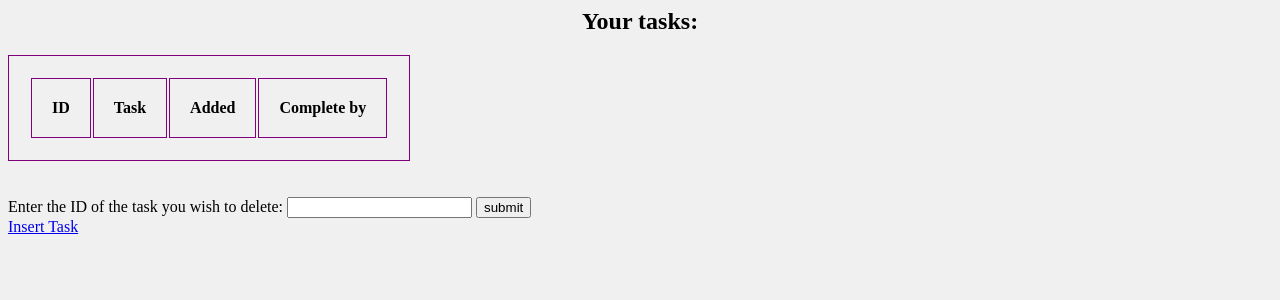
Repository: huappy/Tech-Exercise
Page: http://localhost/Tech_Exercise_Hausman/TaskDisplay
These files come from the project's save history. The page is drawn as it stood at one moment and after the next save; the edit follows.
The browser window is 1280 px wide. The pictures show the whole page.
The page is served by Tomcat 9. Queries for data that is not in the repository find no rows.

Above is the page before, as saved 2023-03-23 12:18:20.

After the next save:
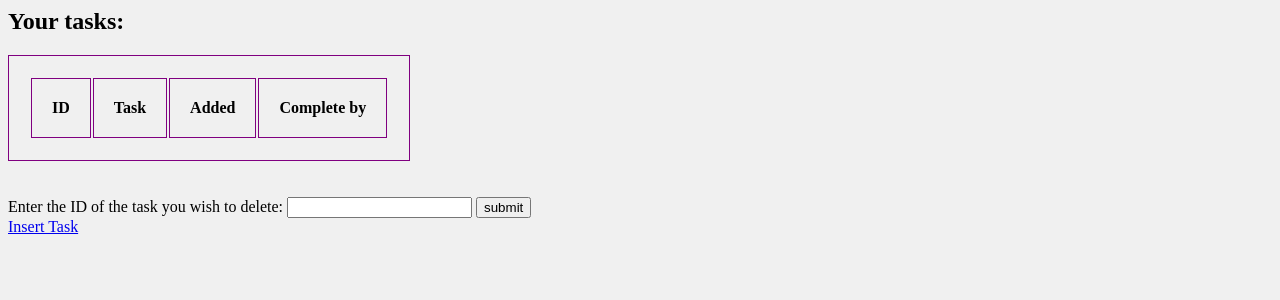
Saved 52 s later.
--- a/workspace4830-Tech_Exercise-Hausman/Tech_Exercise_Hausman/src/main/java/TaskDisplay.java
+++ b/workspace4830-Tech_Exercise-Hausman/Tech_Exercise_Hausman/src/main/java/TaskDisplay.java
@@ -53,8 +53,8 @@ public class TaskDisplay extends HttpServlet {
 					"padding: 20px"
 					+ "}</style>"+
 					"<body bgcolor=\"#f0f0f0\">" +
-					"<h2 align=\"center\">" + title + "</h2>" +
-					"<div align=\\\"center\\\"><table>" +
+					"<h2>" + title + "</h2>" +
+					"<table>" +
 					"<tr>" +
 					"<th>ID</th>" +
 					"<th>Task</th>" +
@@ -86,7 +86,7 @@ public class TaskDisplay extends HttpServlet {
 			}
 			//TODO: add buttons and labels to links
 
-			out.println("</table></div><br><br>"
+			out.println("</table><br><br>"
 					+ "<form action='DeleteTask' method='POST'"
 					+ "<label for=delete>Enter the ID of the task you wish to delete: </label>"
 					+ "<input type='text' name= deleteID>   "
